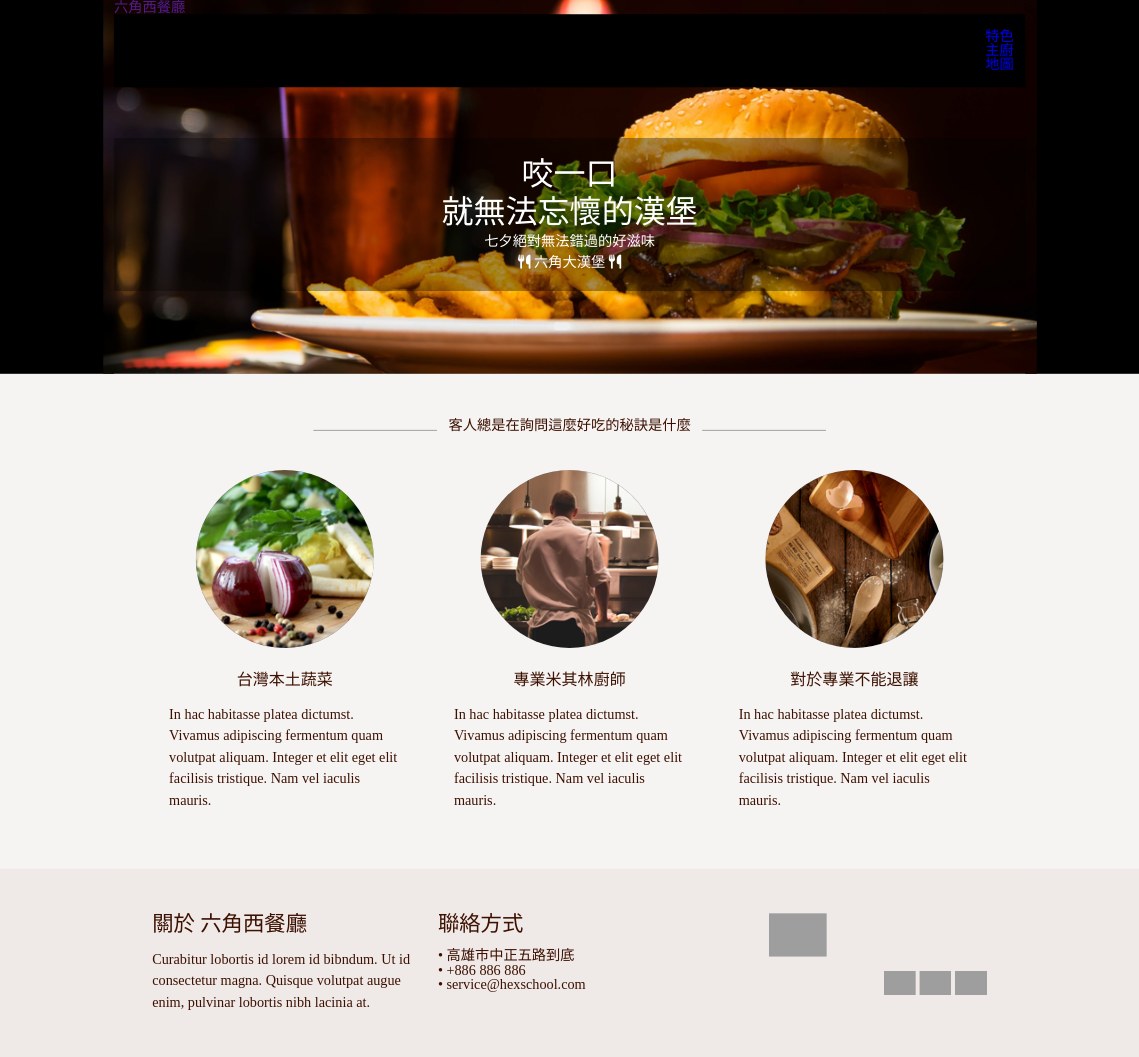
Repository: newstarellie/RWD-Sass-page
Page: index.html
An editor plug-in stored every save of this project. The page is shown before and after the next save, followed by the edit.
The browser window is 1280 px wide. The pictures show the whole page, at 89% of full size.
Pictures or frames that could not be fetched are drawn as grey boxes. Some web libraries are served in a nearby version.

Above is the page before, as saved 2022-06-14 17:36:01.

After the next save:
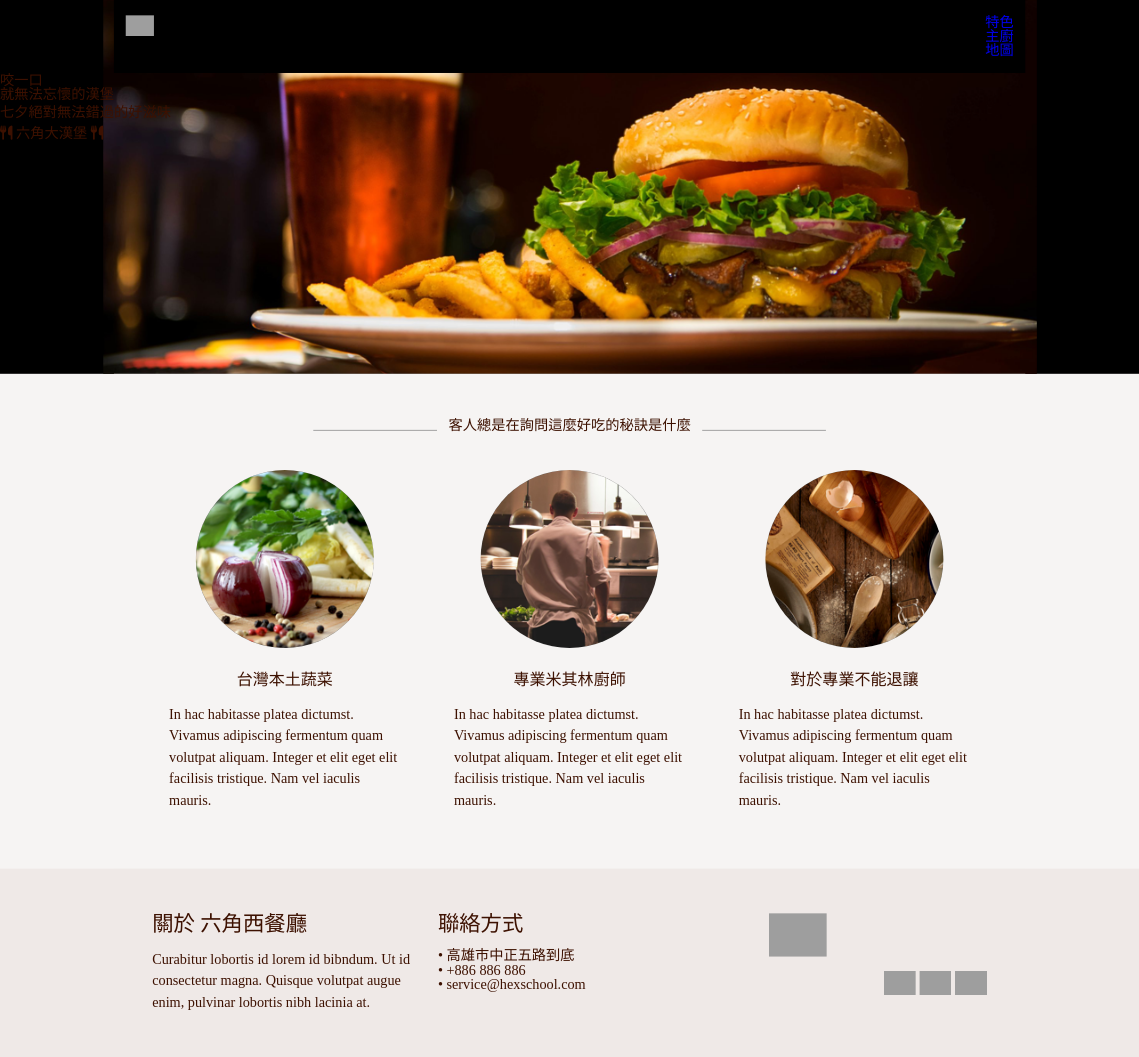
Saved 2 min 26 s later.
--- a/index.html
+++ b/index.html
@@ -14,30 +14,30 @@
   <body>
     <header>
       <div class="container">
-        <div class="header-link">
+        <nav>
           <h1><a href="">六角西餐廳</a></h1>
-          <nav class="show-menu">
-            <a href="#"></a>
-            <ul>
-              <li><a href=" #">特色</a></li>
-              <li><a href="#">主廚</a></li>
-              <li><a href="#">地圖</a></li>
-            </ul>
-          </nav>
+
+          <a href="#"></a>
+          <ul class="show-menu">
+            <li><a href=" #">特色</a></li>
+            <li><a href="#">主廚</a></li>
+            <li><a href="#">地圖</a></li>
+          </ul>
+        </nav>
+      </div>
+
+      <div class="banner">
+        <div class="filter">
+          <h2>咬一口<br>
+            就無法忘懷的漢堡</h2>
+          <p>七夕絕對無法錯過的好滋味</p>
+          <p>
+            <i class="fa-solid fa-utensils"></i>
+            六角大漢堡
+            <i class="fa-solid fa-utensils"></i>
+          </p>
         </div>
-
-        <div class="banner">
-          <div class="filter">
-            <h2>咬一口<br>
-              就無法忘懷的漢堡</h2>
-            <p>七夕絕對無法錯過的好滋味</p>
-            <p>
-              <i class="fa-solid fa-utensils"></i>
-              六角大漢堡
-              <i class="fa-solid fa-utensils"></i>
-            </p>
-          </div>
-        </div>
+      </div>
       </div>
     </header>
 
